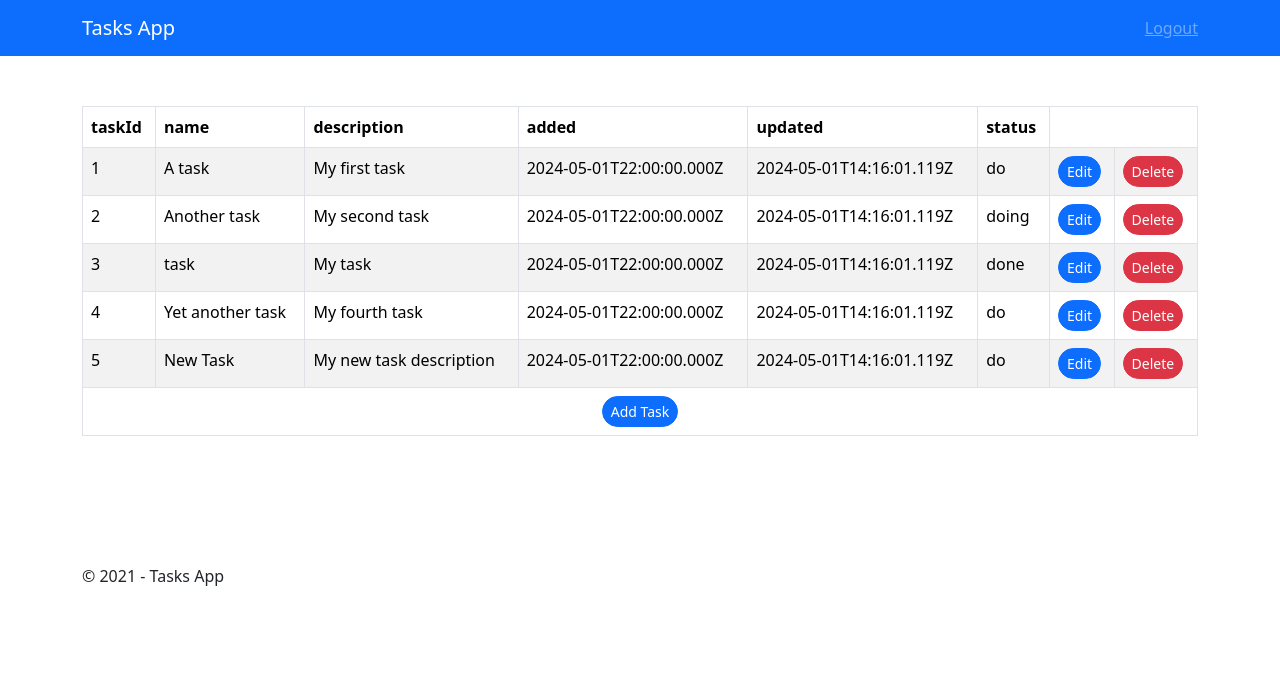
Repository: trider/react-task-manager
Page: /#/tasks
An editor plug-in stored every save of this project. The page is shown before and after the next save, followed by the edit.
The browser window is 1280 px wide. The pictures show the whole page.
The project was rebuilt for these pictures with package versions that can differ from the ones it lists, and the page was loaded fresh each time. Also part of the build but not shown: src/App.css, src/data/_Users.js, src/pages/Login.js.

Above is the page before, as saved 2024-05-07 17:42:41.

After the next save:
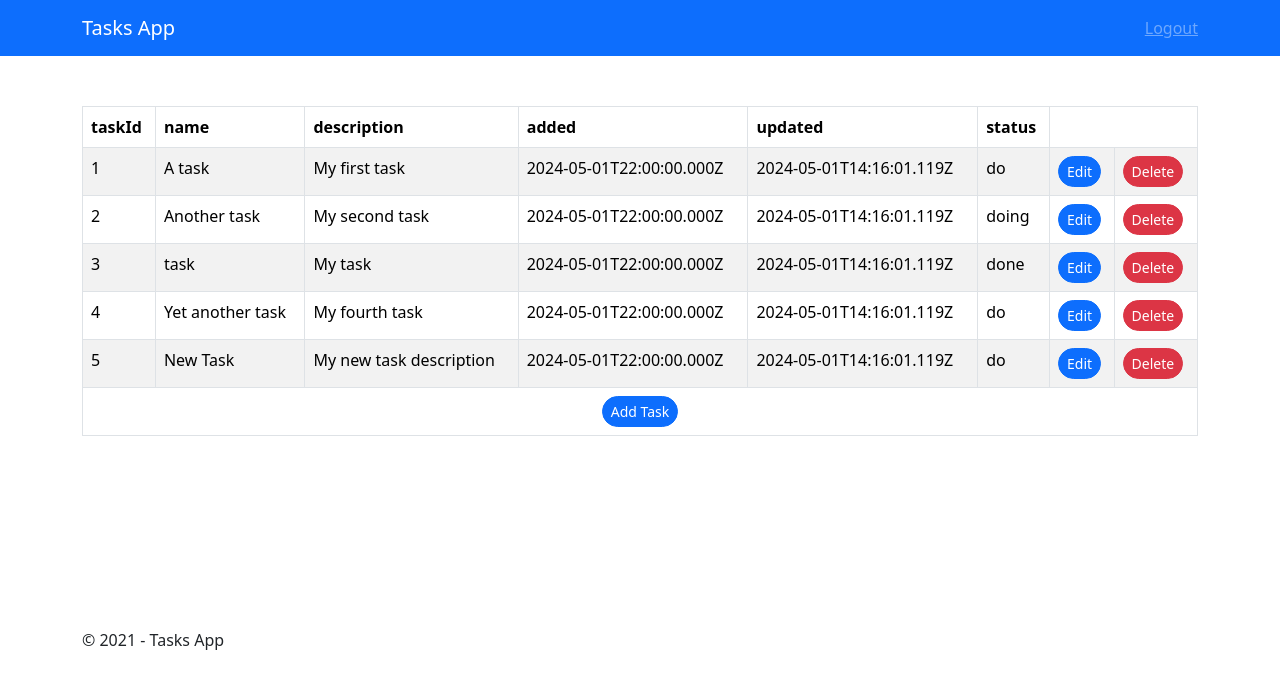
Saved 5 s later.
--- a/src/components/Footer.js
+++ b/src/components/Footer.js
@@ -4,7 +4,7 @@ import Container from 'react-bootstrap/Container';
 const Footer = () => {
   return (
     <footer>
-      <Container style={{marginTop:'10%'}}>
+      <Container style={{marginTop:'15%'}}>
         <p>&copy; 2021 - Tasks App</p>
       </Container>
     </footer>
